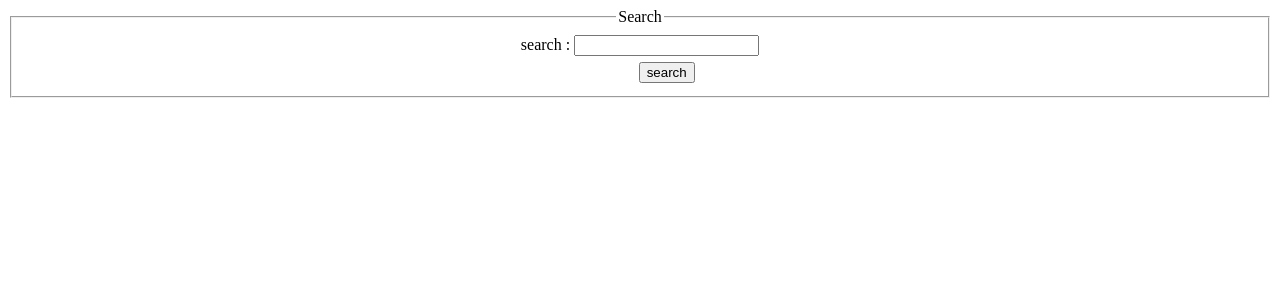
Repository: ashwinibd6697/ust-19sep-ashwinibd
Page: ust-java/empwebapp/WebContent/search.html
The author's editor kept a copy of each file at every save. The page is drawn from the files as they stood at one save, then again after the next save.
The browser window is 1280 px wide. The pictures show the whole page.

Above is the page before, as saved 2019-11-15 09:45:33.

After the next save:
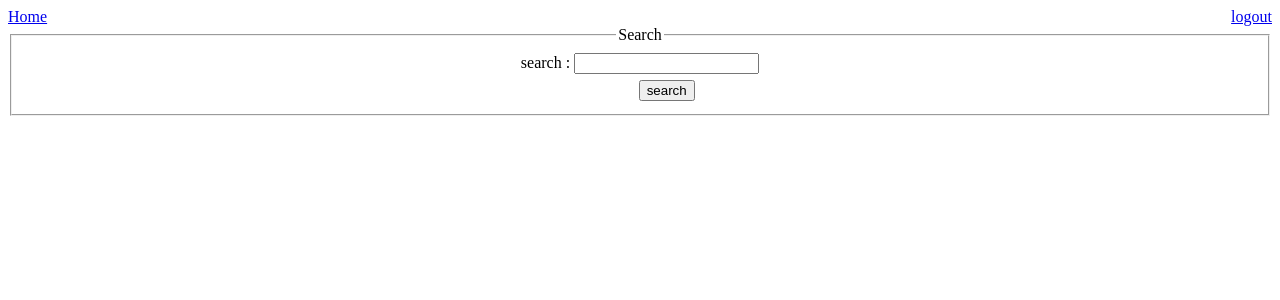
Saved 81 s later.
--- a/ust-java/empwebapp/WebContent/search.html
+++ b/ust-java/empwebapp/WebContent/search.html
@@ -5,7 +5,7 @@
 <title>Search </title>
 </head>
 <body>
-
+<a href="#">Home</a><a style="float :right" href="#">logout</a>
 <fieldset align="center" >
 <legend>Search</legend>
 <form action="">
